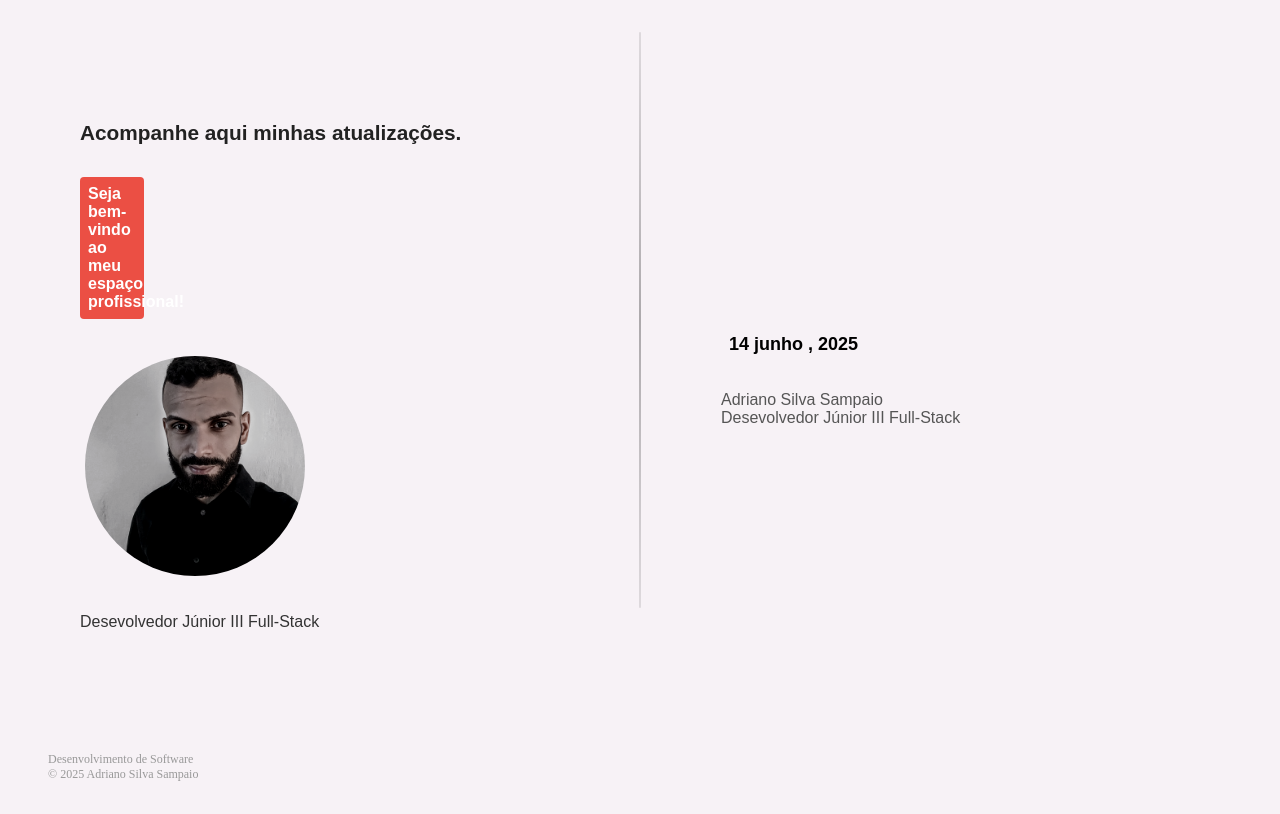
Repository: umdevadriano/portifolio2025
Page: /
An editor plug-in stored every save of this project. The page is shown before and after the next save, followed by the edit.
The browser window is 1280 px wide. The pictures show the whole page.
The project was rebuilt for these pictures with package versions that can differ from the ones it lists, and the page was loaded fresh each time. Also part of the build but not shown: vite.config.ts.

Above is the page before, as saved 2025-06-22 18:48:40.

### index.html
<!doctype html>
<html lang="en">
  <head>
    <meta charset="UTF-8" />
    <!-- <link rel="icon" type="image/svg+xml" href="/vite.svg" /> -->
    <meta name="viewport" content="width=device-width, initial-scale=1.0" />
    <title>Adriano Silva Sampaio </title>
  </head>
  <body>
    <div id="root"></div>
    <script type="module" src="/src/main.tsx"></script>
  </body>
</html>

### src/App.tsx
import './App.css'
import ContainerPrincipal from './componentes/containerPrincipal/ContainerPrincipal'
function App() {
  return (
    <>
      <ContainerPrincipal/>
    </>
  )
}

export default App

### src/componentes/containerPrincipal/ContainerPrincipal.tsx
import styled, { createGlobalStyle } from 'styled-components';
import Body from '../Body/Body';
import Footer from '../Footer/Footer';
const data = new Date();
const ano = data.getFullYear();
function ContainerPrincipal() {
  const GlobalStyle = createGlobalStyle`
    *, *::before, *::after {
    box-sizing: border-box;
    background-color: #f7f2f6;
    margin: 1rem;
  }

    html, body {
      margin: 0;
      padding: 0;
      overflow-x: hidden;
      width: 100%;
    }
  `;

  const Principal = styled.div`
    display: flex;
    justify-content: center;
    width: 100%;
    height: 100vh;
    font-family: 'Arial', sans-serif;
    overflow: hidden;
    margin: 0;
    padding: 0;

    @media (max-width: 768px) {
      display: flex;
      flex-direction: column;
      justify-items: center;
      justify-content: center;
      align-items: center;
    }

  /* @media (max-width: 480px) {
    width: 0px;
    height: 0px;
  } */
  `;
  return (
    <>
      <GlobalStyle />
      <Principal>
        <Body/>
      </Principal>
      <Footer>Desenvolvimento de Software<br />© {ano} Adriano Silva Sampaio</Footer>
    </>
  )
}
export default ContainerPrincipal

### src/componentes/Body/Body.tsx
import Principal from '../Principal/Principal';
import Title from '../Title/Title';
import Banner from '../Banner/Banner';
import ProfileWrapper from '../ProfileWrapper/ProfileWrapper';
import Profile from '../Profile/Profile';
import Role from '../Role/Role';
import Divider from '../Divider/Divider';
import RightSide from '../RightSide/RightSide';
import DateComponente from '../DateComponente/DateComponente';
import Description from '../Description/Description';
const data = new Date();
const dia = String(data.getDate()).padStart(2, '0');
const mes = data.toLocaleString('pt-BR', { month: 'long' });
const ano = data.getFullYear();

function Cabecalho() {
  return (
    <>
      <Principal>
        <Title>Acompanhe aqui minhas atualizações.</Title>
        <Banner>Seja bem-vindo ao meu espaço profissional!</Banner>
        <ProfileWrapper>
          <Profile/>
        </ProfileWrapper>
        <Role> Desevolvedor Júnior III Full-Stack </Role>
      </Principal>
      <Divider />
      <RightSide>
        <DateComponente>{dia}  {mes} , {ano} </DateComponente>
        <Description>
          Adriano Silva Sampaio<br />
          Desevolvedor Júnior III Full-Stack
        </Description>
      </RightSide>
    </>
  )
}
export default Cabecalho

### src/componentes/Footer/Footer.tsx
import styled from 'styled-components';

type Props = {
  children: React.ReactNode;
};

function Footer({ children }: Props){

    const FooterP = styled.p`
        font-size: 12px;
        color: #999;
        margin-top: auto;
    `;
    const FooterDiv = styled.div`
       display: flex;
       justify-content: left;
       align-items: center;
    `;
    return (
        <>
            <FooterDiv>
                <FooterP>{children}</FooterP>
            </FooterDiv>
        </>
    )
}

export default Footer

### src/componentes/Principal/Principal.tsx
import styled from 'styled-components';

type Props = {
  children: React.ReactNode;
};

function Principal({ children }: Props){

    const Principal_div = styled.div`
        flex: 1;
        padding: 32px;
        display: flex;
        flex-direction: column;
        justify-content: center;
    `;
    return (
        <>
        <Principal_div>  {children}</Principal_div>
        </>
    )
}

export default Principal

### src/componentes/Title/Title.tsx
import styled from 'styled-components';

type Props = {
  children: React.ReactNode;
};

function Title({ children }: Props){

    const TitleH2 = styled.h2`
        font-size: 1.3rem;
        margin-bottom: 1rem;
        color: #222;
  `;
    return (
        <>
        <TitleH2>{children}</TitleH2>
        </>
    )
}

export default Title

### src/componentes/Banner/Banner.tsx
import styled from 'styled-components';

type Props = {
  children: React.ReactNode;
};

function Banner({ children }: Props){

    const BannerDiv = styled.div`
        background-color: #eb4f44;
        color: white;
        padding: 0.5rem;
        font-weight: bold;
        font-size: 16px;
        display: inline-block;
        border-radius: 4px;
        width: 4rem;
    `;
    return (
        <>
        <BannerDiv>{children}</BannerDiv>
        </>
    )
}

export default Banner

### src/componentes/ProfileWrapper/ProfileWrapper.tsx
import styled from 'styled-components';

type Props = {
  children: React.ReactNode;
};

function ProfileWrapper({ children }: Props){

  // Wrapper da imagem com efeito de borda girando
  const ProfileWrapperDiv = styled.div`
    position: relative;
    width: 230px;
    height: 230px;
    display: flex;
    align-items: center;
    margin-top:1rem;
    justify-content: center;
  `;

    return (
        <>
        <ProfileWrapperDiv>{children}</ProfileWrapperDiv>
        </>
    )
}

export default ProfileWrapper

### src/componentes/Profile/Profile.tsx
import styled from 'styled-components';
import foto from '../assets/foto2.png'

function Profile(){

    const ProfileImg = styled.img`
        width: 220px;
        height: 220px;
        border-radius: 50%;
        object-fit: cover;
        background-color: white;
        z-index: 1;
        filter: grayscale(60%) contrast(110%);
        @media (max-width: 768px) {
            width: 200px;
            height: 200px;
        }
        @media (max-width: 480px) {
            width: 200px;
            height: 200px;
        }
    `;
    return (
        <>
        <ProfileImg src={foto} alt="Foto de perfil"></ProfileImg>
        </>
    )
}

export default Profile

### src/componentes/Role/Role.tsx
import styled from 'styled-components';

type Props = {
  children: React.ReactNode;
};

function Role({ children }: Props){
    const RoleP = styled.p`
        font-size: 16px;
        font-weight: 500;
        color: #333;
    `;
    return (
        <>
        <RoleP>{children}</RoleP>
        </>
    )
}
export default Role

### src/componentes/Divider/Divider.tsx
import styled from 'styled-components';

function Divider(){

    const DividerDiv = styled.div`
        width: 2px;
        height: 80%;
        background: linear-gradient(
            to bottom,
            rgba(0, 0, 0, 0.1),
            rgba(0, 0, 0, 0.3),
            rgba(0, 0, 0, 0.1)
        );
        border-radius: 1px;
        position: relative;
        overflow: hidden;
        &::after {
            content: "";
            position: absolute;
            top: 0;
            left: 0;
            width: 100%;
            height: 100%;
            background: linear-gradient(
                to bottom,
                transparent 40%,
                rgba(255, 255, 255, 0.7) 50%,
                transparent 60%
            );
                animation: shine 3.8s linear infinite;
                pointer-events: none;
         }

        @keyframes shine {
            0% {
            transform: translateY(-100%);
            }
            100% {
            transform: translateY(100%);
            }
        }
    `;
    return (
        <>
        <DividerDiv></DividerDiv>
        </>
    )
}

export default Divider

### src/componentes/RightSide/RightSide.tsx
import styled from 'styled-components';
type Props = {
  children: React.ReactNode;
};

function RightSide({ children }: Props){
    const RightSideDiv = styled.div`
        flex: 1;
        padding: 32px;
        display: flex;
        flex-direction: column;
        justify-content: center;
    `;

    return (
        <>
        <RightSideDiv>{children}</RightSideDiv>
        </>
    )
}

export default RightSide

### src/componentes/DateComponente/DateComponente.tsx
import styled from 'styled-components';
type Props = {
  children: React.ReactNode;
};
function Date({ children }: Props){
    const DateP = styled.p`
        font-size: 18px;
        font-weight: bold;
        margin-bottom: 12px;
        padding: 0.5rem;
    `;
    return (
        <>
        <DateP>{children}</DateP>
        </>
    )
}
export default Date

### src/componentes/Description/Description.tsx
import styled from 'styled-components';
type Props = {
  children: React.ReactNode;
};
function Description({ children }: Props){
const DescriptionP = styled.p`
  font-size: 16px;
  color: #555;
  position: relative;

  &::after {
    content: "";
    position: absolute;
    left: 0;
    bottom: 0;
    width: 100%;
    height: 2px;
    border-radius: 1px;
    overflow: hidden;
  }

  &::before {
    content: "";
    position: absolute;
    left: 0;
    bottom: 0;
    width: 9%;
    height: 2px;
       background: linear-gradient(
      to right,
      rgba(0, 0, 0, 0.1),
      rgba(0, 0, 0, 0.3),
      rgba(0, 0, 0, 0.1)
    );
    animation: shine 5.5s linear infinite alternate;
    border-radius: 1px;
    pointer-events: none;
  }

  @keyframes shine {
    0% {
      transform: translateX(-10%);
    }
    100% {
      transform: translateX(200%);
    }
  }
`;
    return (
        <>
        <DescriptionP>{children}</DescriptionP>
        </>
    )
}
export default Description

Loaded but not shown: src/main.tsx (common file); src/App.css (no stored copy; drawn as an empty file); src/index.css (no stored copy; drawn as an empty file)

After the next save:
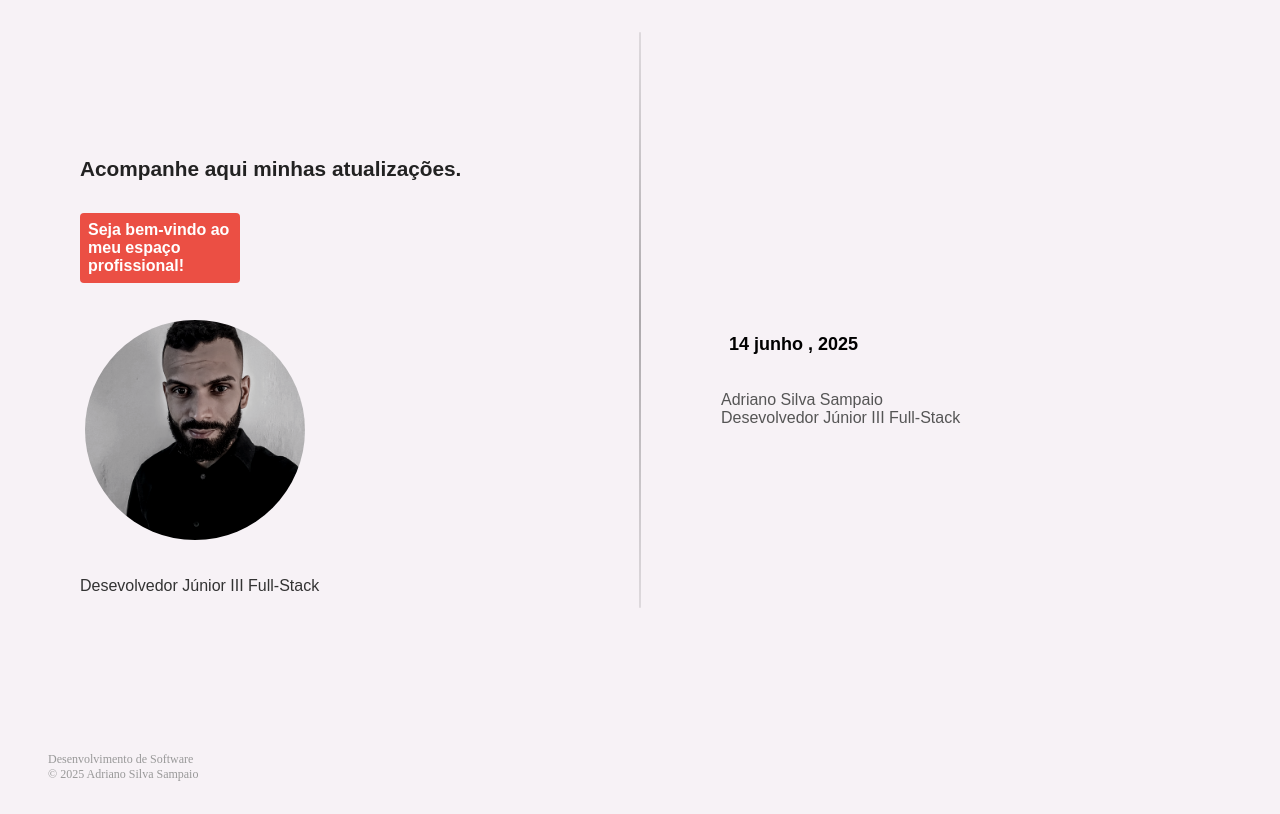
Saved 5 s later.
--- a/src/componentes/Banner/Banner.tsx
+++ b/src/componentes/Banner/Banner.tsx
@@ -14,7 +14,7 @@ function Banner({ children }: Props){
         font-size: 16px;
         display: inline-block;
         border-radius: 4px;
-        width: 4rem;
+        width: 10rem;
     `;
     return (
         <>
